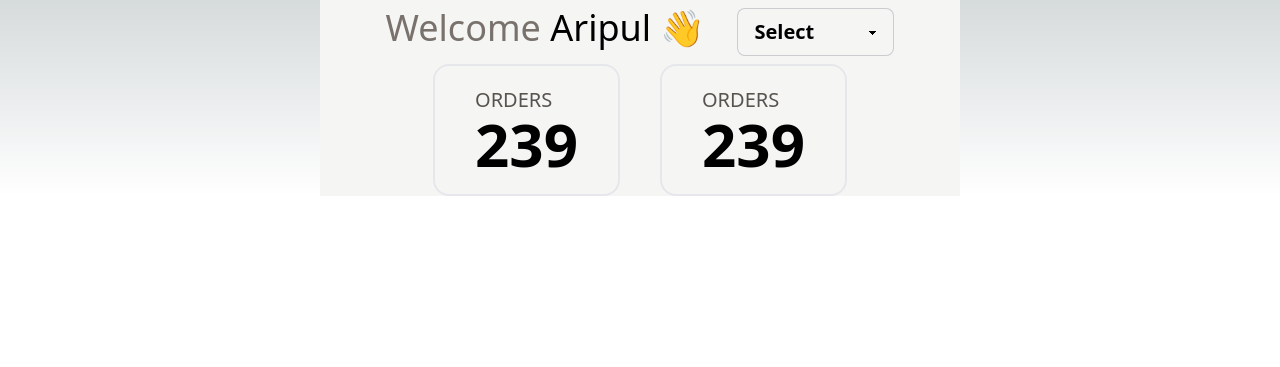
Repository: mehedi9465/nextapp
Page: /Dashboard
The author's editor kept a copy of each file at every save. The page is drawn from the files as they stood at one save, then again after the next save.
The browser window is 1280 px wide. The pictures show the whole page.
The project was rebuilt for these pictures with package versions that can differ from the ones it lists, and the page was loaded fresh each time. The framework's server and built-in components were replaced by stand-ins that run in the browser. Also part of the build but not shown: next.config.js, Components/Navbar.js.

Above is the page before, as saved 2023-03-04 15:20:20.

After the next save:
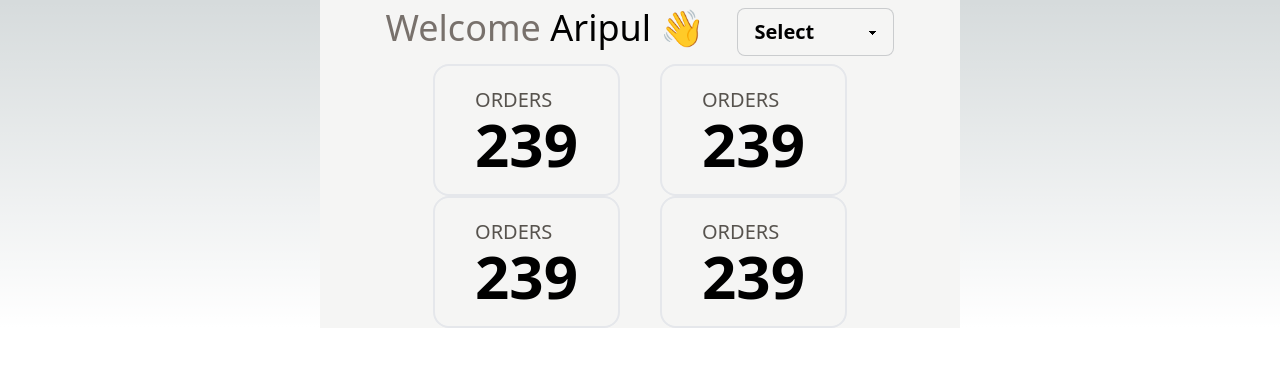
Saved 19 min 9 s later.
--- a/pages/Dashboard/index.js
+++ b/pages/Dashboard/index.js
@@ -34,6 +34,20 @@ const index = () => {
             <p className="text-6xl font-bold">239</p>
           </div>
         </div>
+        <div className="flex justify-center">
+          <div className="border-2 rounded-2xl justify-start mx-5 px-10 py-5">
+            <p className="uppercase text-stone-600 font-normal text-xl">
+              Orders
+            </p>
+            <p className="text-6xl font-bold">239</p>
+          </div>
+          <div className="border-2 rounded-2xl justify-start mx-5 px-10 py-5 text-left">
+            <p className="uppercase text-stone-600 font-normal text-xl">
+              Orders
+            </p>
+            <p className="text-6xl font-bold">239</p>
+          </div>
+        </div>
         <div></div>
       </div>
     </>
